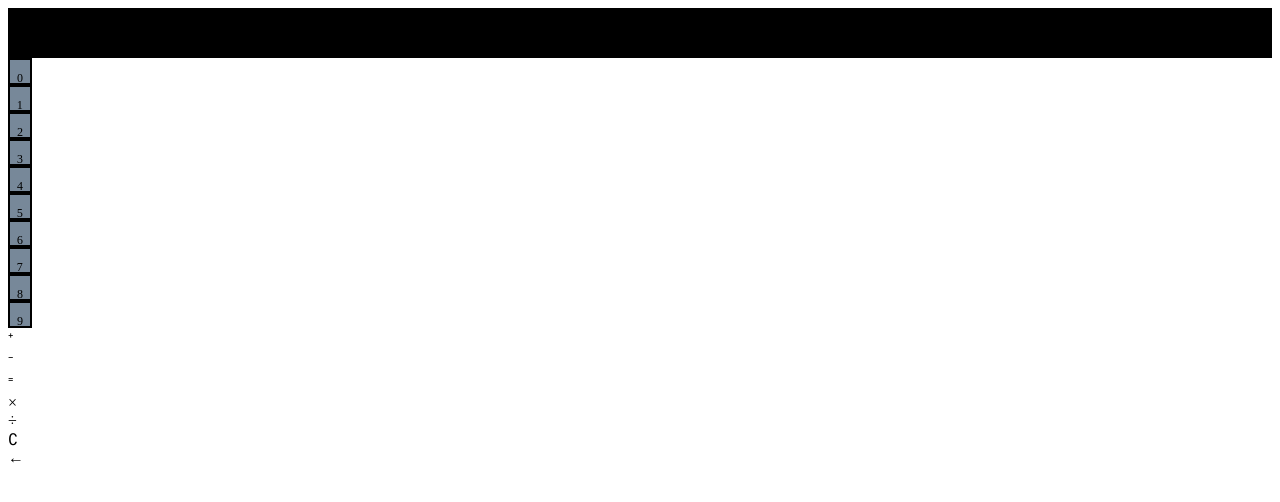
Repository: TEazy2433/LAB-calculator
Page: index.html
The author's editor kept a copy of each file at every save. The page is drawn from the files as they stood at one save, then again after the next save.
The browser window is 1280 px wide. The pictures show the whole page.

Above is the page before, as saved 2023-10-12 21:07:22.

After the next save:
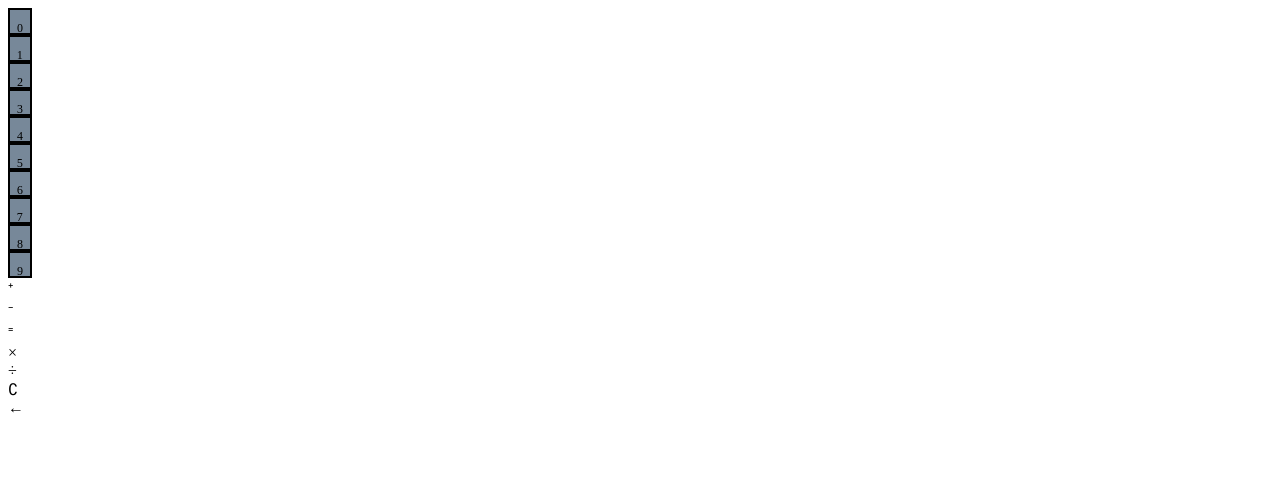
Saved 14 s later.
--- a/main.css
+++ b/main.css
@@ -1,10 +1,4 @@
 .container{
-  width: 100%;
-  background-color: black;
-  height: 50px;
-  font-size: 48px;
-  display: grid;
-  justify-content: flex-end;
 }
 .number{
   font-size: 20px;
